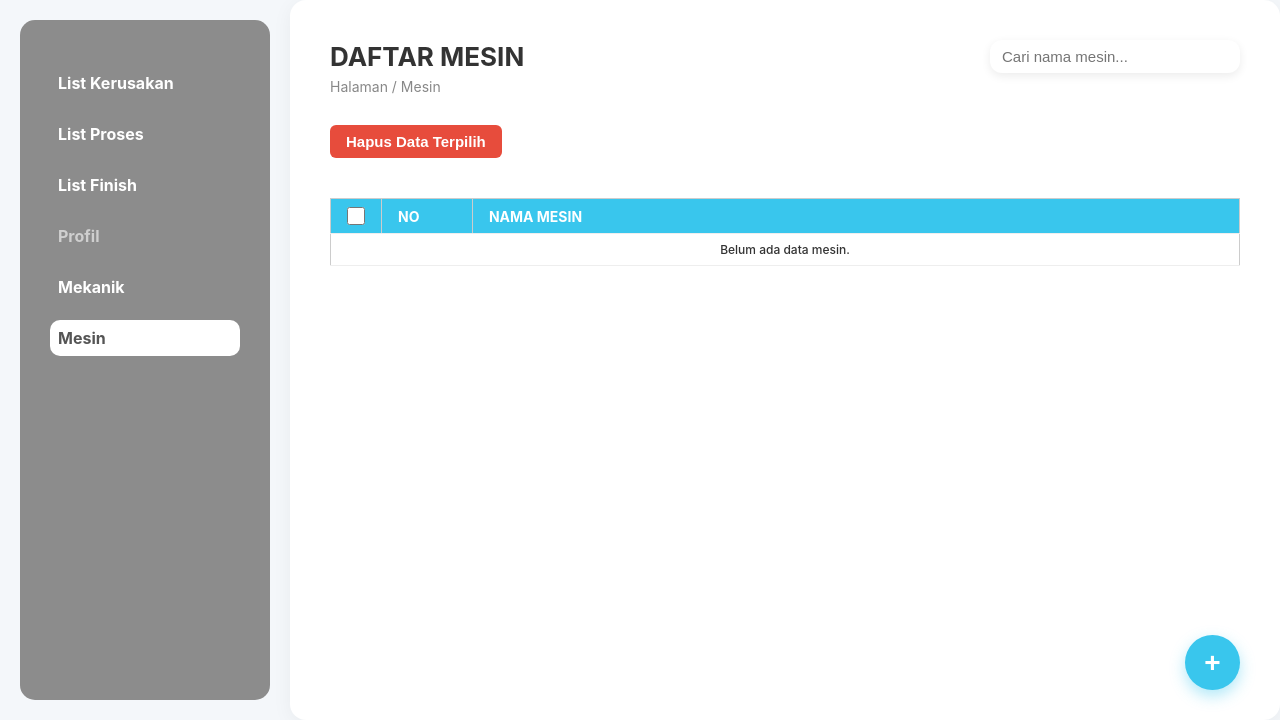
Repository: 1rHub/maintenance
Page: http://localhost/mesin.php
The author's editor kept a copy of each file at every save. The page is drawn from the files as they stood at one save, then again after the next save.
The browser window is 1280 px wide. The pictures show the whole page.
The page is run by PHP 8.4 with error messages shown; the project is at /var/www/html/. Queries for data that is not in the repository find no rows.

Above is the page before, as saved 2025-10-28 15:57:17.

After the next save:
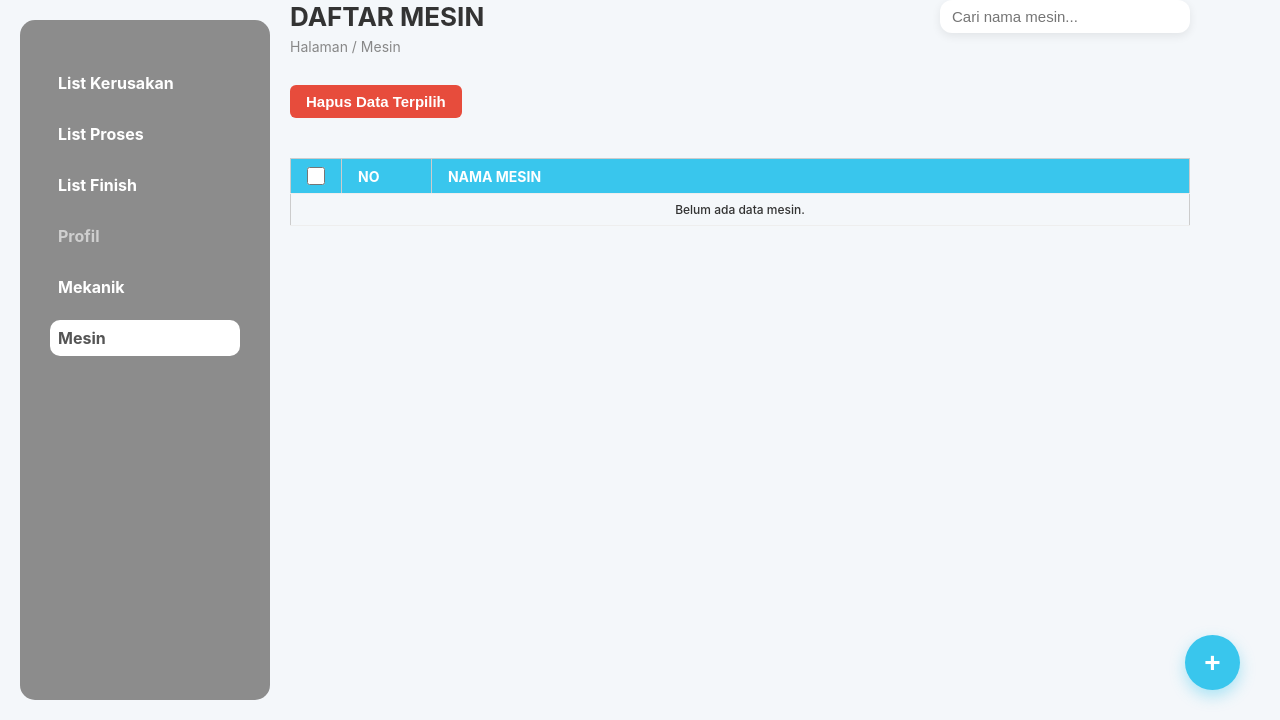
Saved 20 s later.
--- a/mesin.php
+++ b/mesin.php
@@ -36,7 +36,7 @@ $mesin_list = mysqli_fetch_all($result, MYSQLI_ASSOC);
 </head>
 
 <body>
-    <div class="main-container">
+    <div class="main-container1">
 
         <!-- === HEADER ROW === -->
         <div class="header-row">
